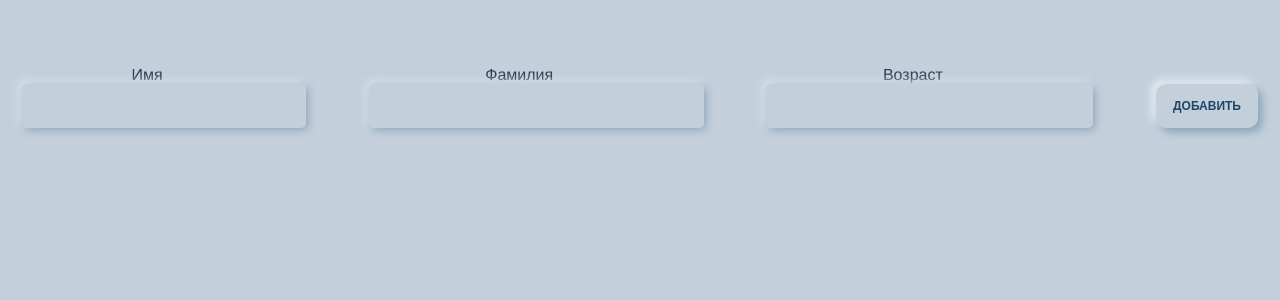
Repository: shum89/test-vue-table
Page: /
An editor plug-in stored every save of this project. The page is shown before and after the next save, followed by the edit.
The browser window is 1280 px wide. The pictures show the whole page.
The project was rebuilt for these pictures with package versions that can differ from the ones it lists, and the page was loaded fresh each time. Also part of the build but not shown: vue.config.js.

Above is the page before, as saved 2021-07-18 16:30:35.

After the next save:
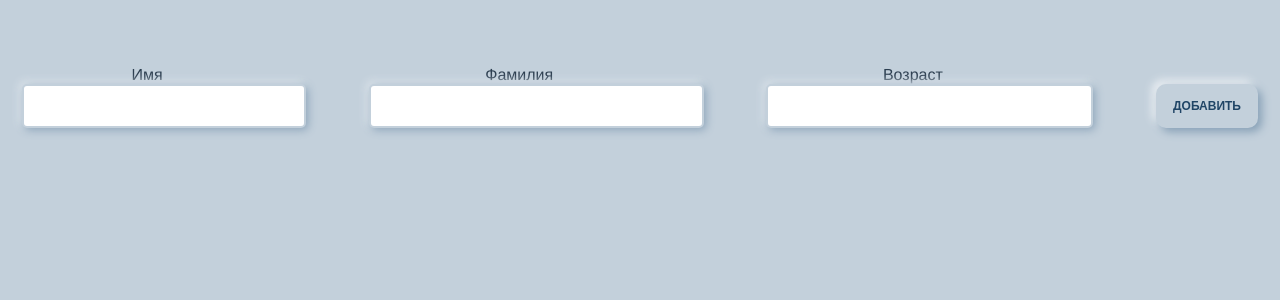
Saved 21 s later.
--- a/src/components/Form.vue
+++ b/src/components/Form.vue
@@ -64,7 +64,6 @@
   line-height: 20px;
   min-height: 20px;
   padding: 10px 15px;
-  background: var(--base2);
   box-shadow: var(--input-shadow);
   border-radius: 5px;
   border: 2px solid;

After the save that followed:
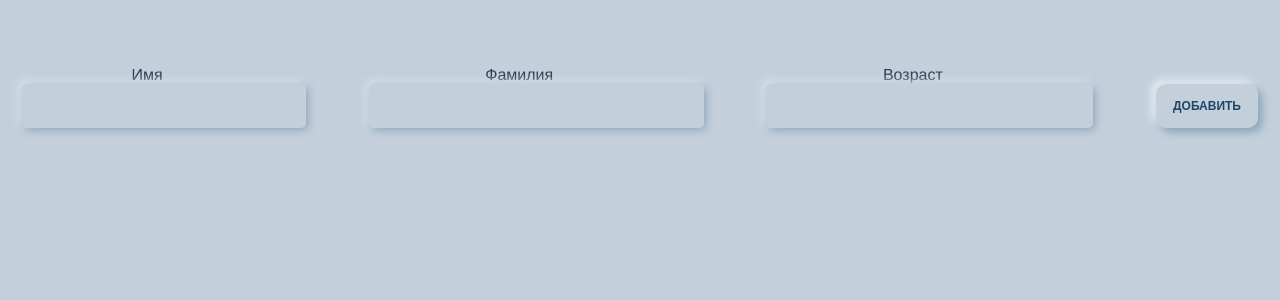
Saved 5 s later.
--- a/src/components/Form.vue
+++ b/src/components/Form.vue
@@ -64,6 +64,7 @@
   line-height: 20px;
   min-height: 20px;
   padding: 10px 15px;
+  background: var(--base2);
   box-shadow: var(--input-shadow);
   border-radius: 5px;
   border: 2px solid;
